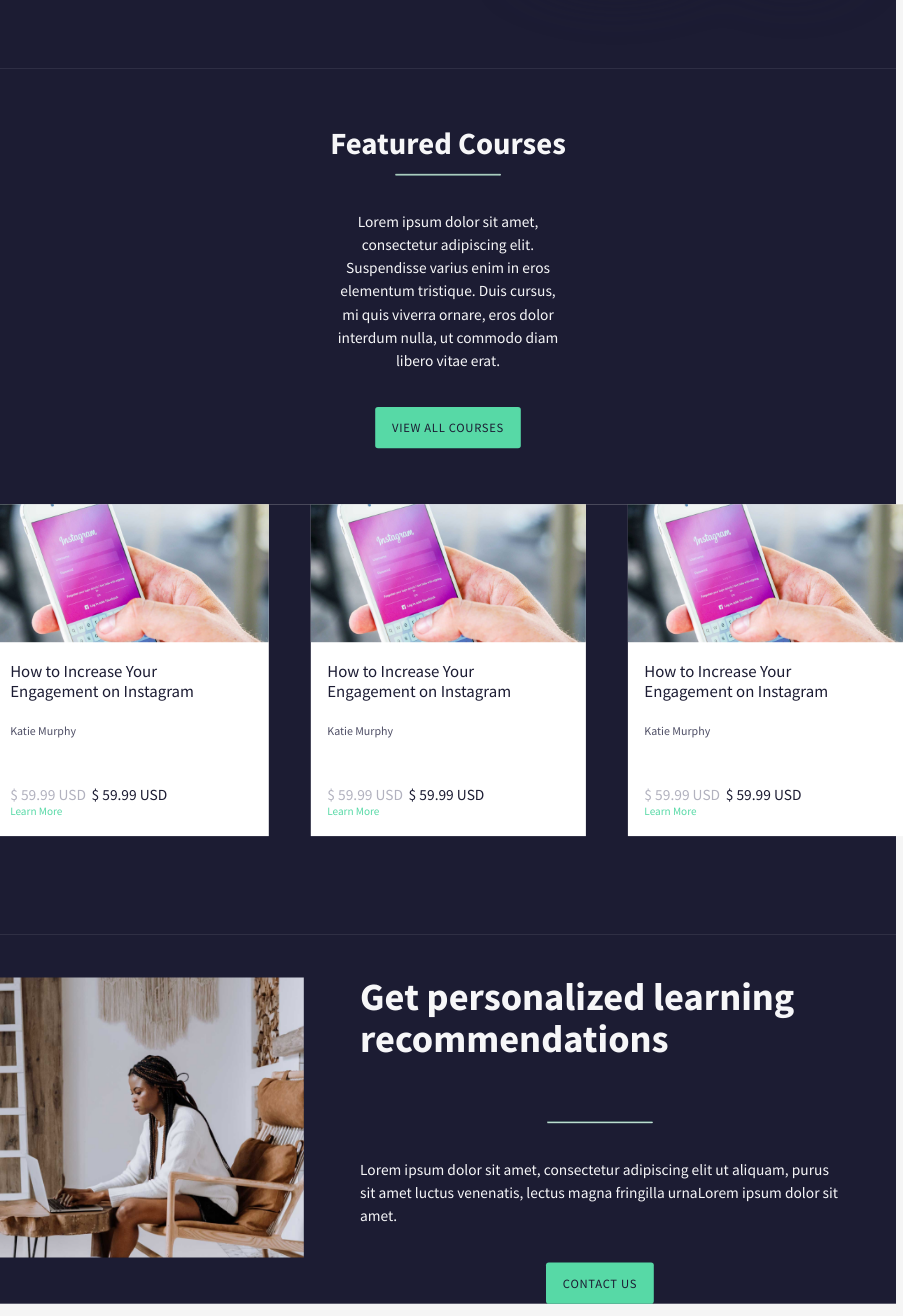
Repository: saidabbasun/skillz
Page: /
These files come from the project's save history. The page is drawn as it stood at one moment and after the next save; the edit follows.
The browser window is 1280 px wide. The page is 1290 px wide, so the pictures cover 1290 px, including what lies to the right of the window. The pictures show the part of the page from y = 978 to 2858 px (the page is 4519 px tall before and 4573 px after), at 70% of full size.
The project was rebuilt for these pictures with package versions that can differ from the ones it lists, and the page was loaded fresh each time.

Above is the page before, as saved 2022-06-13 14:47:34.

After the next save:
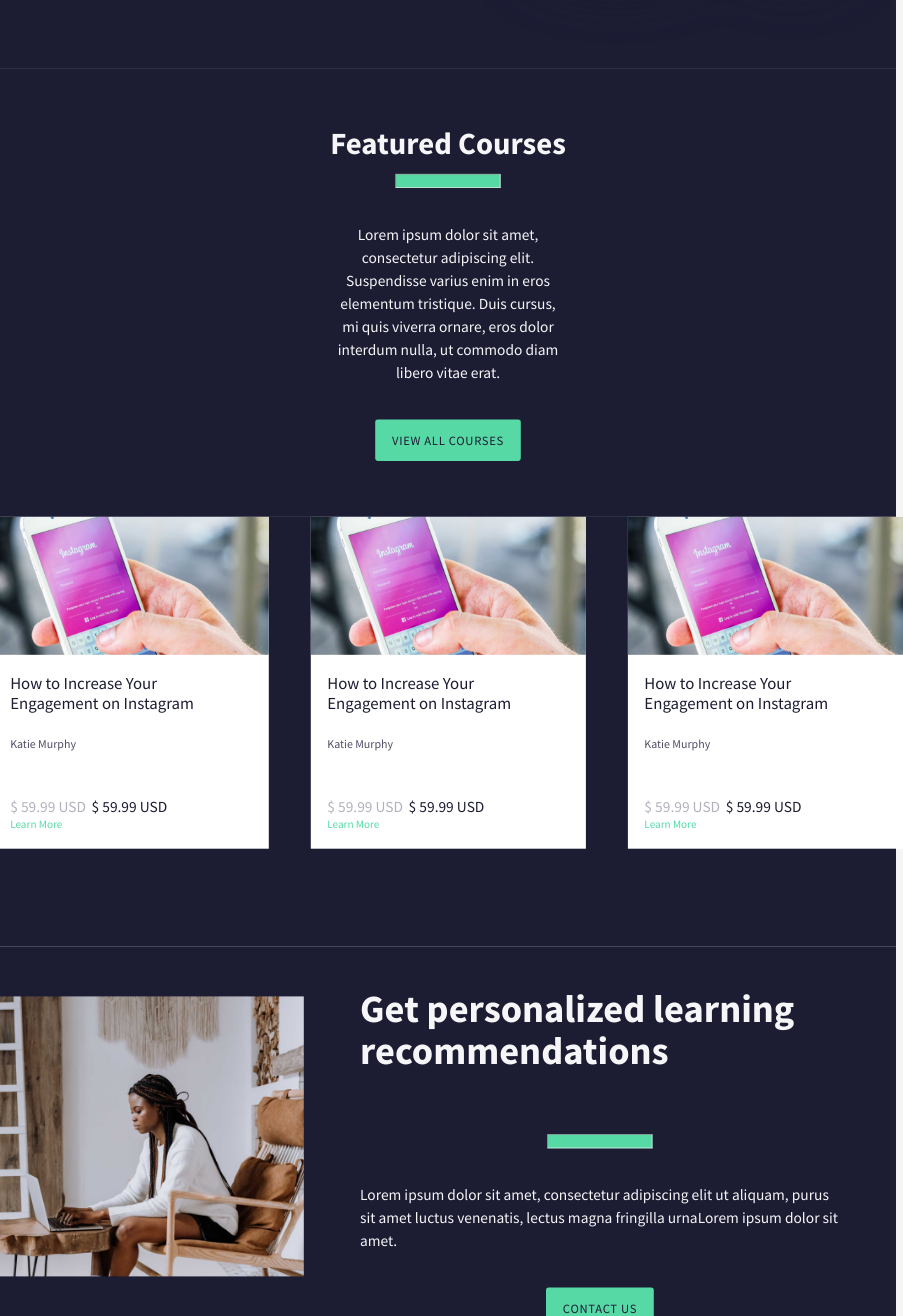
Saved 7 s later.
--- a/src/styles/Courses.scss
+++ b/src/styles/Courses.scss
@@ -18,7 +18,7 @@
 .coursesHr{
     margin: 0 auto;
     width: 150px;
-    height: 2px;
+    height: 20px;
     background-color: $color_btn;
     margin-top: 17px;
 

After the save that followed:
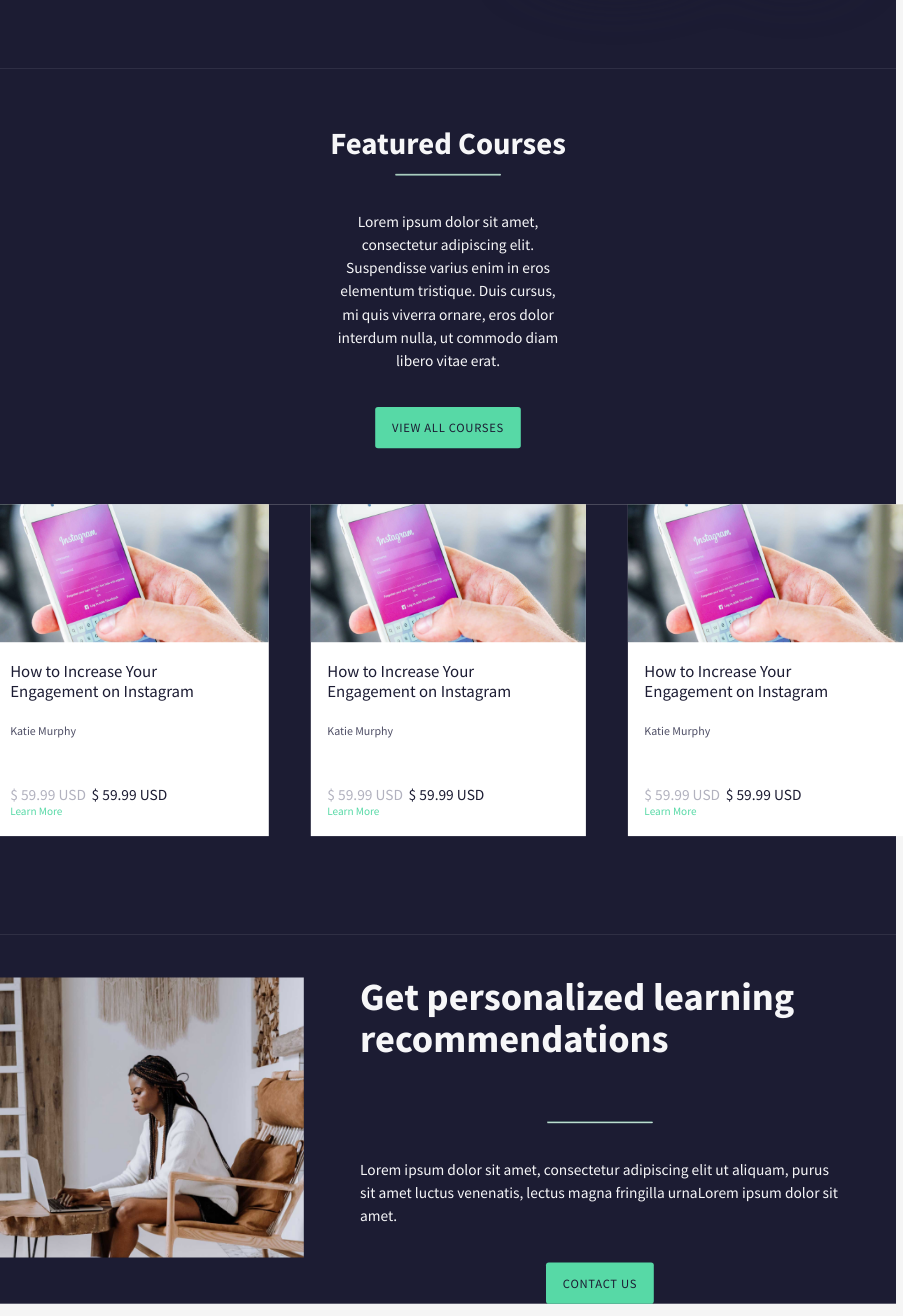
Saved 7 s later.
--- a/src/styles/Courses.scss
+++ b/src/styles/Courses.scss
@@ -18,7 +18,7 @@
 .coursesHr{
     margin: 0 auto;
     width: 150px;
-    height: 20px;
+    height: 2px;
     background-color: $color_btn;
     margin-top: 17px;
 
